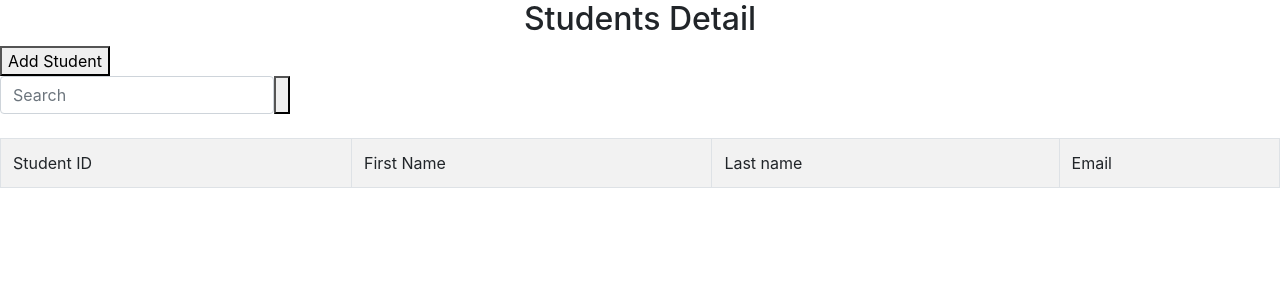
Repository: manvendra-24/jsp-servlets
Page: http://localhost/12-student-mvc-db/StudentController
An editor plug-in stored every save of this project. The page is shown before and after the next save, followed by the edit.
The browser window is 1280 px wide. The pictures show the whole page.
The page is served by Tomcat 9. Queries for data that is not in the repository find no rows.

Above is the page before, as saved 2024-07-18 06:58:49.

After the next save:
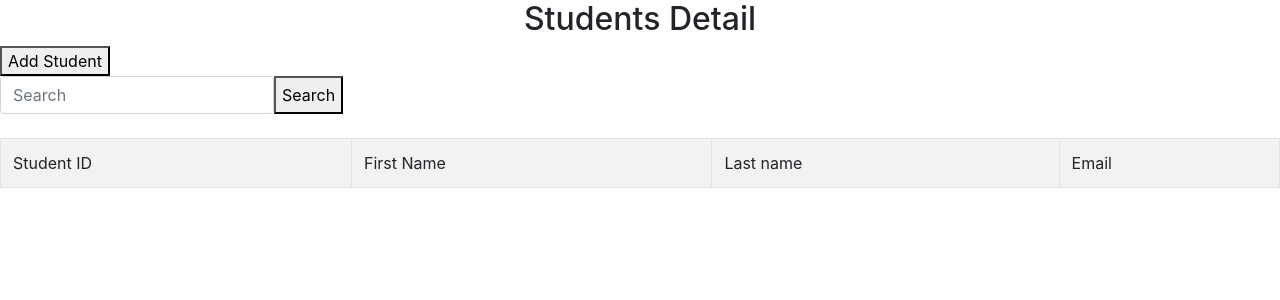
Saved 28 s later.
--- a/12-student-mvc-db/WebContent/view-students.jsp
+++ b/12-student-mvc-db/WebContent/view-students.jsp
@@ -23,7 +23,7 @@
 			<input type="search" id="input" name="input" class="form-control" placeholder="Search"/>
 		</div>
 		<button type="submit" value="submit">
-			<i class="bi bi-search"></i>
+			Search
 		</button>
 	</form>
 	<table border="1" class="table table-striped table-bordered mt-4">
